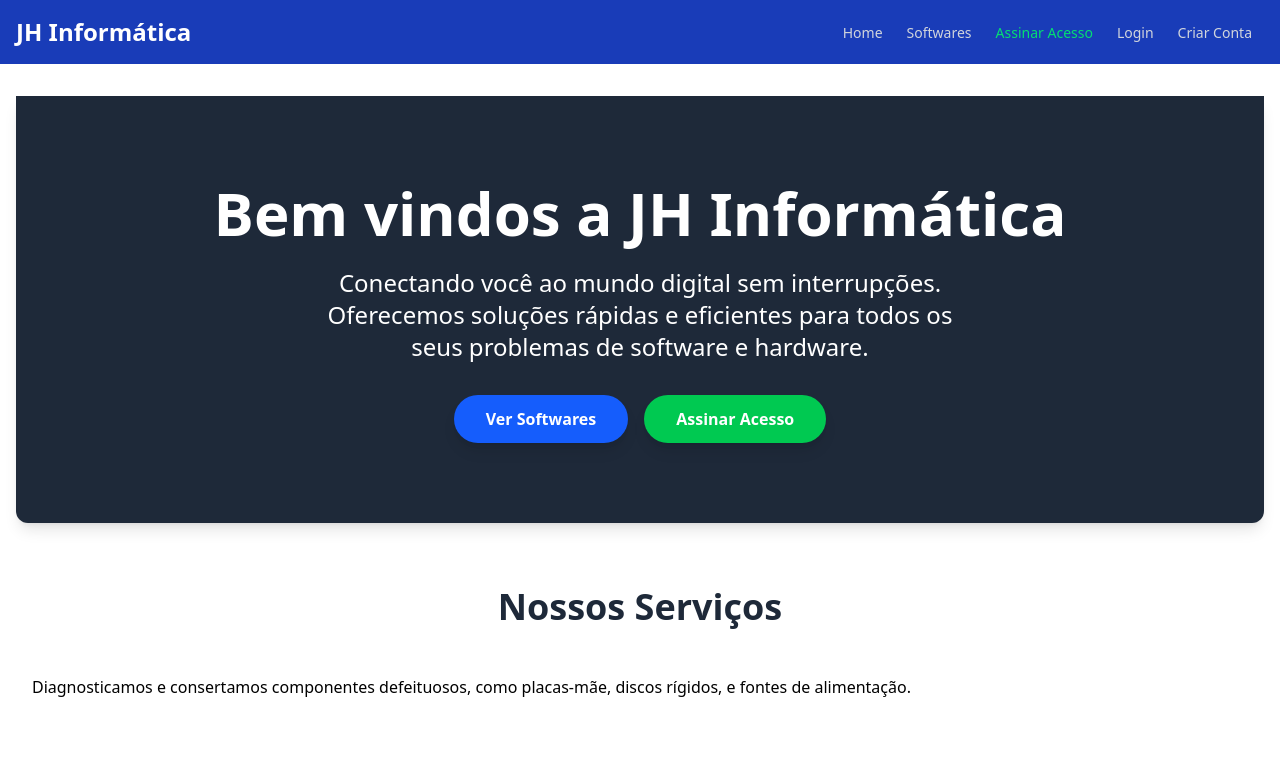
Repository: estevam02009/jh-info
Page: / (app in frontend/)
An editor plug-in stored every save of this project. The page is shown before and after the next save, followed by the edit.
The browser window is 1280 px wide. The pictures show the whole page.
The project was rebuilt for these pictures with package versions that can differ from the ones it lists, and the page was loaded fresh each time. Also part of the build but not shown: frontend/src/pages/Login.jsx, frontend/src/pages/Register.jsx, frontend/src/pages/Dashboard.jsx, frontend/src/components/ProtectedRoute.jsx, frontend/src/pages/SoftwareList.jsx, frontend/src/pages/SoftwareDetails.jsx, frontend/src/pages/SoftwareManagement.jsx, frontend/src/pages/PaymentPage.jsx and 1 more.

Above is the page before, as saved 2025-07-13 11:19:25.

After the next save:
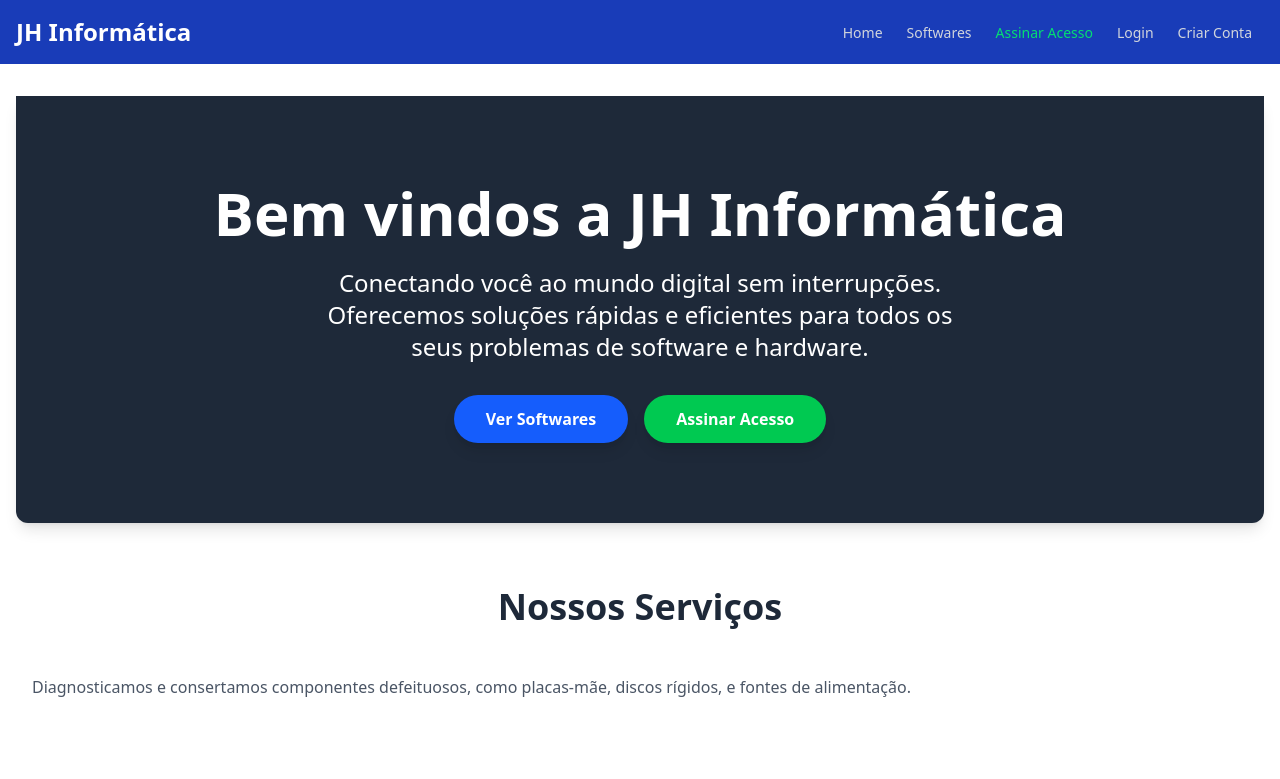
Saved 24 s later.
--- a/frontend/src/pages/Home.jsx
+++ b/frontend/src/pages/Home.jsx
@@ -32,7 +32,7 @@ const Home = () => {
             {/* Seção nossos serviços */}
             <div className="container mx-auto py-16 px-4">
                 <h2 className="text-4xl font-bold text-center text-gray-800 mb-12">Nossos Serviços</h2>
-                <p>
+                <p className='text-gray-600'>
                     Diagnosticamos e consertamos componentes defeituosos, como placas-mãe, discos rígidos, e fontes de alimentação.
                 </p>
             </div>
